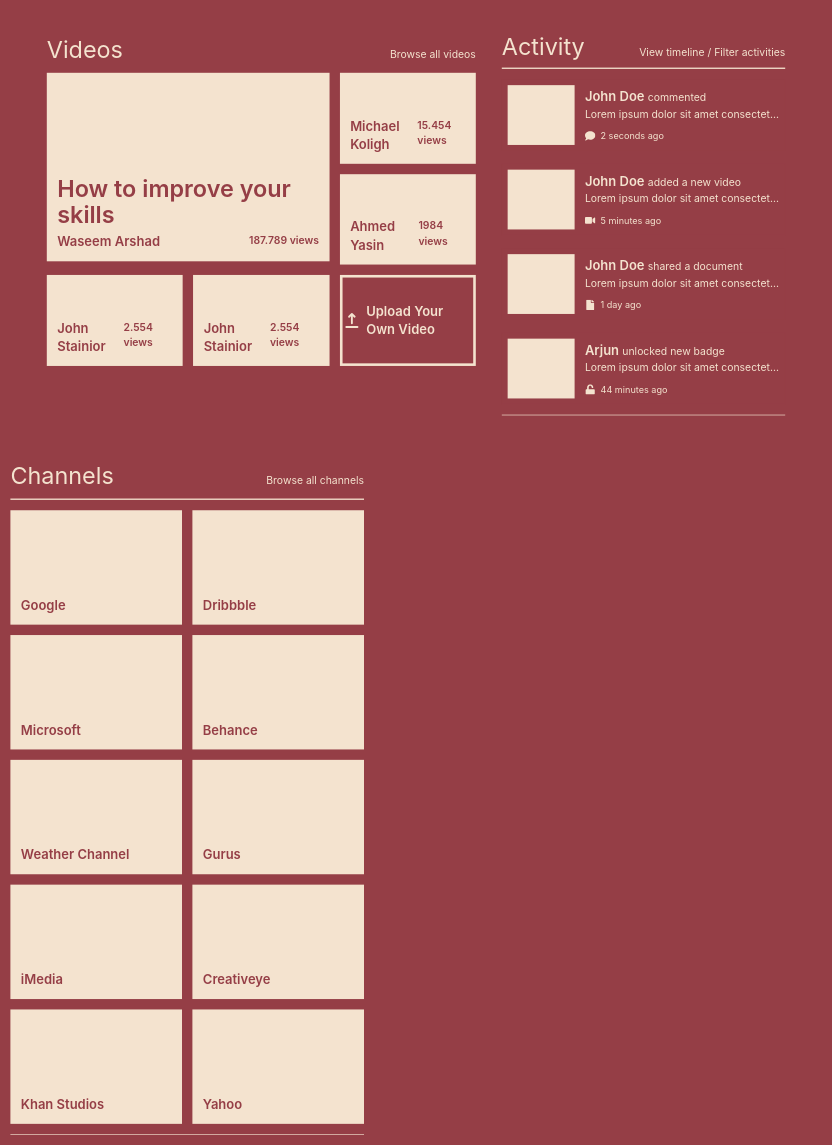
Repository: farrelmuhammad/test-salt
Page: /
The author's editor kept a copy of each file at every save. The page is drawn from the files as they stood at one save, then again after a run of saves.
The browser window is 1280 px wide. The pictures show the whole page, at 65% of full size.
The project was rebuilt for these pictures with package versions that can differ from the ones it lists, and the page was loaded fresh each time. Also part of the build but not shown: src/App.css.

Above is the page before, as saved 2022-11-21 16:58:46.

### src/index.css
@tailwind base;
@tailwind components;
@tailwind utilities;

body {
  margin: 0;
  font-family: -apple-system, BlinkMacSystemFont, "Segoe UI", "Roboto", "Oxygen", "Ubuntu", "Cantarell", "Fira Sans", "Droid Sans", "Helvetica Neue", sans-serif;
  -webkit-font-smoothing: antialiased;
  -moz-osx-font-smoothing: grayscale;
  background-color: #953e46;
}

code {
  font-family: source-code-pro, Menlo, Monaco, Consolas, "Courier New", monospace;
}

@layer components {
  .box-text {
    @apply bg-[#F4E3CF] aspect-[3/2] text-[#953e46] p-4;
  }

  .card {
    @apply flex flex-row border border-[#953e46] p-2;
  }

  .hr-top {
    @apply h-[2px] bg-[#F4E3CF] border-none mb-4;
  }

  .hr-bottom {
    @apply h-[1px] bg-[#F4E3CF] border-none my-4;
  }
}

### src/App.js
import logo from "./logo.svg";
import "./App.css";
import Box from "./components/Box";
import Channels from "./components/Channels";
import Activity from "./components/Activity";

function App() {
  return (
    <>
      <div className="container">
        <div class="flex grid-cols-2 gap-2 m-10">
          <div className="flex-auto w-64">
            <Box />
          </div>
          <div className="flex-auto w-8">
            <Activity />
          </div>
        </div>
      </div>
      <Channels />
    </>
  );
}

export default App;

### src/components/Box.jsx
import React from "react";
import { HiUpload } from "react-icons/hi";

const Box = () => {
  return (
    <>
      <section className="container">
        <div className="flex items-end justify-between py-4">
          <h1 className="text-4xl text-[#F4E3CF]">Videos</h1>
          <a href="" className="text-base text-[#F4E3CF]">
            Browse all videos
          </a>
        </div>

        <div class="grid grid-cols-3 gap-4">
          <div class="col-span-2 row-span-2 box-text flex flex-col justify-end">
            <h2 className="text-4xl font-semibold mb-2">How to improve your skills</h2>
            <div className="flex justify-between">
              <h4 className="text-xl font-semibold">Waseem Arshad</h4>

              <p className="text-base font-semibold">187.789 views</p>
            </div>
          </div>

          <div class="box-text flex flex-col justify-end">
            <div className="flex justify-between">
              <h4 className="text-xl font-semibold">Michael Koligh</h4>

              <p className="text-base font-semibold">15.454 views</p>
            </div>
          </div>

          <div class="box-text flex flex-col justify-end">
            <div className="flex justify-between">
              <h4 className="text-xl font-semibold">Ahmed Yasin</h4>

              <p className="text-base font-semibold">1984 views</p>
            </div>
          </div>

          <div class="box-text flex flex-col justify-end">
            <div className="flex justify-between">
              <h4 className="text-xl font-semibold">John Stainior</h4>

              <p className="text-base font-semibold">2.554 views</p>
            </div>
          </div>

          <div class="box-text flex flex-col justify-end">
            <div className="flex justify-between">
              <h4 className="text-xl font-semibold">John Stainior</h4>

              <p className="text-base font-semibold">2.554 views</p>
            </div>
          </div>

          <div class="border-4 border-[#F4E3CF] text-[#F4E3CF] flex items-center justify-center">
            <HiUpload className="rounded-full w-10 h-10 mr-2" /> <h2 className="text-xl font-semibold">Upload Your Own Video</h2>
          </div>
        </div>
      </section>
    </>
  );
};

export default Box;

### src/components/Channels.jsx
import React from "react";

const Channels = () => {
  return (
    <>
      <section className="container max-w-xl">
        <div className="flex items-end justify-between py-4">
          <h1 className="text-4xl text-[#F4E3CF]">Channels</h1>
          <a href="" className="text-base text-[#F4E3CF]">
            Browse all channels
          </a>
        </div>

        <hr className="hr-top" />

        <div class="grid grid-cols-2 gap-4 ">
          <div class="box-text text-xl font-semibold flex items-end">Google</div>
          <div class="box-text text-xl font-semibold flex items-end">Dribbble</div>
          <div class="box-text text-xl font-semibold flex items-end">Microsoft</div>
          <div class="box-text text-xl font-semibold flex items-end">Behance</div>
          <div class="box-text text-xl font-semibold flex items-end">Weather Channel</div>
          <div class="box-text text-xl font-semibold flex items-end">Gurus</div>
          <div class="box-text text-xl font-semibold flex items-end">iMedia</div>
          <div class="box-text text-xl font-semibold flex items-end">Creativeye</div>
          <div class="box-text text-xl font-semibold flex items-end">Khan Studios</div>
          <div class="box-text text-xl font-semibold flex items-end">Yahoo</div>
        </div>

        <hr className="hr-bottom" />
      </section>
    </>
  );
};

export default Channels;

### src/components/Activity.jsx
import React from "react";
import { FaComment, FaVideo, FaUnlock, FaHeart, FaFile } from "react-icons/fa";

const Activity = () => {
  return (
    <>
      <section className="container max-w-xl">
        <div className="flex items-end justify-between py-3">
          <h1 className="text-4xl text-[#F4E3CF]">Activity</h1>
          <a href="" className="text-base text-[#F4E3CF]">
            View timeline / Filter activities
          </a>
        </div>

        <hr className="hr-top" />

        <div class="flex flex-col space-y-5">
          <div class="card hover:border-[#F4E3CF]">
            <div className="w-48 bg-[#F4E3CF]"></div>

            <div class="py-1 pl-4 truncate text-[#F4E3CF]">
              <h5 class="text-xl font-semibold">
                John Doe{" "}
                <span className="text-base font-normal">commented</span>
              </h5>
              <p class="text-base mb-3 truncate">
                Lorem ipsum dolor sit amet consectetur adipisicing elit.
                Ratione, similique!
              </p>
              <p class="text-sm flex items-center">
                <FaComment className="w-4 h-4 mr-2" />2 seconds ago
              </p>
            </div>
          </div>

          <div class="card hover:border-[#F4E3CF]">
            <div className="w-48 bg-[#F4E3CF]"></div>

            <div class="py-1 pl-4 truncate text-[#F4E3CF]">
              <h5 class="text-xl font-semibold">
                John Doe{" "}
                <span className="text-base font-normal">added a new video</span>
              </h5>
              <p class="text-base mb-3 truncate">
                Lorem ipsum dolor sit amet consectetur adipisicing elit.
                Ratione, similique!
              </p>
              <p class="text-sm flex items-center">
                <FaVideo className="w-4 h-4 mr-2" />5 minutes ago
              </p>
            </div>
          </div>

          <div class="card hover:border-[#F4E3CF]">
            <div className="w-48 bg-[#F4E3CF]"></div>

            <div class="py-1 pl-4 truncate text-[#F4E3CF]">
              <h5 class="text-xl font-semibold">
                John Doe{" "}
                <span className="text-base font-normal">shared a document</span>
              </h5>
              <p class="text-base mb-3 truncate">
                Lorem ipsum dolor sit amet consectetur adipisicing elit.
                Ratione, similique!
              </p>
              <p class="text-sm flex items-center">
                <FaFile className="w-4 h-4 mr-2" />1 day ago
              </p>
            </div>
          </div>

          <div class="card hover:border-[#F4E3CF]">
            <div className="w-48 bg-[#F4E3CF]"></div>

            <div class="py-1 pl-4 truncate text-[#F4E3CF]">
              <h5 class="text-xl font-semibold">
                Arjun{" "}
                <span className="text-base font-normal">
                  unlocked new badge
                </span>
              </h5>
              <p class="text-base mb-3 truncate">
                Lorem ipsum dolor sit amet consectetur adipisicing elit.
                Ratione, similique!
              </p>
              <p class="text-sm flex items-center">
                <FaUnlock className="w-4 h-4 mr-2" />
                44 minutes ago
              </p>
            </div>
          </div>

          {/* <div class="card hover:border-[#F4E3CF]">
            <div className="w-48 bg-[#F4E3CF]"></div>

            <div class="py-1 pl-4 truncate text-[#F4E3CF]">
              <h5 class="text-xl font-semibold">
                Micheal{" "}
                <span className="text-base font-normal">
                  uploaded a new video
                </span>
              </h5>
              <p class="text-base mb-3 truncate">
                Lorem ipsum dolor sit amet consectetur adipisicing elit.
                Ratione, similique!
              </p>
              <p class="text-sm flex items-center">
                <FaVideo className="w-4 h-4 mr-2" />1 hour ago
              </p>
            </div>
          </div> */}

          {/* <div class="card hover:border-[#F4E3CF]">
            <div className="w-48 bg-[#F4E3CF]"></div>

            <div class="py-1 pl-4 truncate text-[#F4E3CF]">
              <h5 class="text-xl font-semibold">
                John Doe{" "}
                <span className="text-base font-normal">liked a video</span>
              </h5>
              <p class="text-base mb-3 truncate">
                Lorem ipsum dolor sit amet consectetur adipisicing elit.
                Ratione, similique!
              </p>
              <p class="text-sm flex items-center">
                <FaHeart className="w-4 h-4 mr-2" />
                19 minutes ago
              </p>
            </div>
          </div> */}
        </div>

        <hr className="hr-bottom" />
      </section>
    </>
  );
};

export default Activity;

### tailwind.config.js
/** @type {import('tailwindcss').Config} */
module.exports = {
  content: ["./src/**/*.{js,jsx,ts,tsx}"],
  theme: {
    container: {
      padding: "16px",
    },
    extend: {
      screens: {
        sm: "640px",
        md: "768px",
        lg: "1024px",
        xl: "1280px",
        "2xl": "1320px",
      },
    },
  },
  plugins: [],
};

### src/components/People.jsx
import React from "react";
import { HiUpload } from "react-icons/hi";

const People = () => {
  return (
    <>
      <section className="container">
        <div className="flex items-end justify-between py-4">
          <h1 className="text-4xl text-[#F4E3CF]">Videos</h1>
          <a href="" className="text-base text-[#F4E3CF]">
            Browse all videos
          </a>
        </div>

        <div class="grid grid-cols-3 gap-4">
          <div class="col-span-2 row-span-2 box-text flex flex-col justify-end">
            <h2 className="text-4xl font-semibold mb-2">How to improve your skills</h2>
            <div className="flex justify-between">
              <h4 className="text-xl font-semibold">Waseem Arshad</h4>

              <p className="text-base font-semibold">187.789 views</p>
            </div>
          </div>

          <div class="box-text flex flex-col justify-end">
            <div className="flex justify-between">
              <h4 className="text-xl font-semibold">Michael Koligh</h4>

              <p className="text-base font-semibold">15.454 views</p>
            </div>
          </div>

          <div class="box-text flex flex-col justify-end">
            <div className="flex justify-between">
              <h4 className="text-xl font-semibold">Ahmed Yasin</h4>

              <p className="text-base font-semibold">1984 views</p>
            </div>
          </div>

          <div class="box-text flex flex-col justify-end">
            <div className="flex justify-between">
              <h4 className="text-xl font-semibold">John Stainior</h4>

              <p className="text-base font-semibold">2.554 views</p>
            </div>
          </div>

          <div class="box-text flex flex-col justify-end">
            <div className="flex justify-between">
              <h4 className="text-xl font-semibold">John Stainior</h4>

              <p className="text-base font-semibold">2.554 views</p>
            </div>
          </div>

          <div class="border-4 border-[#F4E3CF] text-[#F4E3CF] flex items-center justify-center">
            <HiUpload className="rounded-full w-10 h-10 mr-2" /> <h2 className="text-xl font-semibold">Upload Your Own Video</h2>
          </div>
        </div>
      </section>
    </>
  );
};

export default People;

Loaded but not shown: public/index.html (common file); src/index.js (common file); src/reportWebVitals.js (common file)

After the next 2 saves:
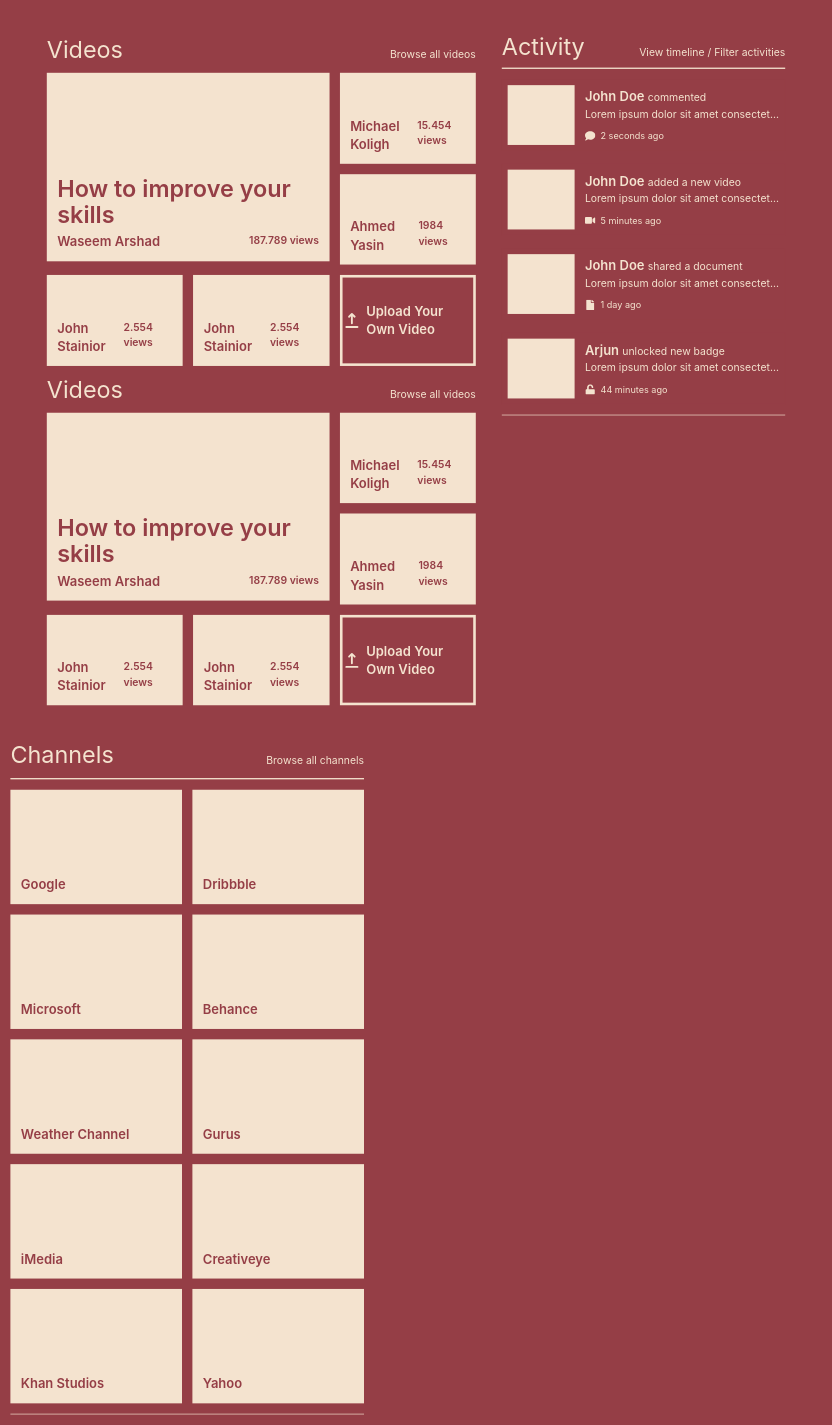
The 2 saves are shown as one change because they came seconds apart.
The last was saved 12 s later.
--- a/src/App.js
+++ b/src/App.js
@@ -3,6 +3,7 @@ import "./App.css";
 import Box from "./components/Box";
 import Channels from "./components/Channels";
 import Activity from "./components/Activity";
+import People from "./components/People";
 
 function App() {
   return (
@@ -11,6 +12,7 @@ function App() {
         <div class="flex grid-cols-2 gap-2 m-10">
           <div className="flex-auto w-64">
             <Box />
+            <People />
           </div>
           <div className="flex-auto w-8">
             <Activity />
